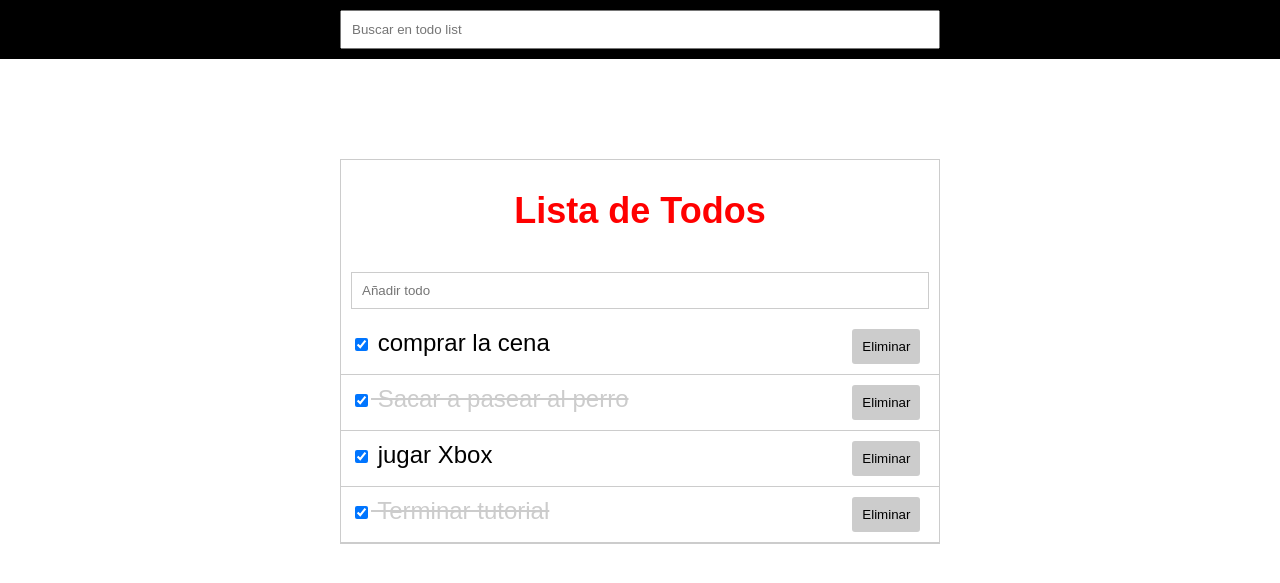
Repository: MauriVaz/Primer-app-con-Vue
Page: /
The author's editor kept a copy of each file at every save. The page is drawn from the files as they stood at one save, then again after the next save.
The browser window is 1280 px wide. The pictures show the whole page.
The project was rebuilt for these pictures with package versions that can differ from the ones it lists, and the page was loaded fresh each time. Also part of the build but not shown: vue.config.js.

Above is the page before, as saved 2022-12-28 22:02:27.

### public/index.html
<!DOCTYPE html>
<html lang="">
  <head>
    <meta charset="utf-8">
    <meta http-equiv="X-UA-Compatible" content="IE=edge">
    <meta name="viewport" content="width=device-width,initial-scale=1.0">
    <link rel="icon" href="<%= BASE_URL %>favicon.ico">
    <title><%= htmlWebpackPlugin.options.title %></title>
  </head>
  <body>
    <noscript>
      <strong>Por favor activa Javascript</strong>
    </noscript>
    <div id="app"></div>
    <!-- built files will be auto injected -->
  </body>
</html>

### src/App.vue
<template>
  <div>
    <div id="header">
      <Search v-on:query-change="querySearch" />
    </div>

    <div id="main-container">
      <h2>Lista de Todos</h2>
      <TodoAdd v-on:add-todo="addTodo"/>
      <Todos v-bind:todoslist="copyTodos" v-on:delete-todo="deleteTodo" />
    </div>
  </div>
</template>

<script>
//import HelloWorld from './components/HelloWorld.vue'
import Search from './components/Search';
import Todos from './components/Todos';
import TodoAdd from './components/TodoAdd';

export default {
  name: 'App',
  components: {
    Todos, TodoAdd, Search
  },
  methods: {
    deleteTodo(id){
      this.todos = this.todos.filter(todo => todo.id != id);
      this.copyTodos = [...this.todos];
    },
    addTodo(todo){
      this.todos.push(todo);
      this.copyTodos = [...this.todos];
    },
    querySearch(query){
      if(query.trim() === ''){
        this.copyTodos = [...this.todos];
      }else{
        const temp = this.todos.filter(todo =>{
          return todo.title.includes(query)
        });

        this.copyTodos = [...temp];
      }
    }
  },
  data(){
    return {
      todos: [
        {
          id: 0,
          title:  'comprar la cena',
          completed: false
        },
        {
         id: 1,
         title: 'Sacar a pasear al perro',
         completed: true
       },
       {
         id: 2,
         title: 'jugar Xbox',
         completed: false
       },
       {
         id: 3,
         title: 'Terminar tutorial',
         completed: true
       }
      ],
      copyTodos: []
    }
  },
  created(){
    this.copyTodos = [...this.todos];
  }
}
</script>

<style>
  *{
    box-sizing: border-box;
  }

  body{
    font-family: Arial, Helvetica, sans-serif;
    font-size: 1.5em;
    padding: 0;
    margin: 0;
  }

  #main-container{
    border: solid 1px #ccc;
    width: 600px;
    margin: 100px auto;
  }

  #header{
    background: black;
    padding: 10px;
  }

  h2{
    padding: 0 10px;
    text-align: center;
    color:red
  }
</style>

### src/components/Search.vue
<!-- eslint-disable vue/multi-word-component-names -->
<template>
    <div id="search-container">
        <input type="text" placeholder="Buscar en todo list" v-model="query" v-on:input="$emit('query-change', query)">
    </div>
</template>

<script>
export default {
    // eslint-disable-next-line vue/multi-word-component-names
    name: 'Search',
    data(){
        return {
            query: ''
        }
    }
}
</script>

<style scoped>
    #search-container{
        width: 600px;
        margin: 0 auto;
    }

    input{
        padding: 10px;
        width: 100%;
        outline: none;
    }
</style>

### src/components/Todos.vue
<template>
    <div>
        <div v-bind:key="todo.id" v-for="todo in todoslist">
            <TodoItem v-bind:todo="todo" v-on:delete-todo="$emit('delete-todo', todo.id)" />
        </div>
    </div>
</template>

<script>
import TodoItem from './TodoItem';

    export default {
        // eslint-disable-next-line vue/multi-word-component-names
        name: 'Todos',
        props: ['todoslist'],
        components:{TodoItem}
    }
</script>

<style>
</style>

### src/components/TodoAdd.vue
<template>
    <div id="add-container">
        <form @submit="addTodo">
            <input type="text" placeholder="Añadir todo" v-model="title">
        </form>
    </div>
</template>

<script>
import { uuid } from 'vue-uuid';

export default {
    name: 'TodoAdd',
    data(){
        return {
            title: ''
        }
    },
    methods:{
        addTodo(e){
            e.preventDefault();

            const newTodo = {
                id: uuid.v4(),
                title: this.title.charAt(0).toLocaleUpperCase()
                + this.title.toLocaleLowerCase().substring(1, this.title.length),
                completed: false
            };

            this.title = '';
            this.$emit('add-todo', newTodo);
        }
    }
}
</script>

<style scoped>
    #add-container{
        padding: 10px;
    }
    input{
        padding: 10px;
        outline: none;
        border: solid 1px #ccc;
        width: 100%;
    }
</style>

### src/components/TodoItem.vue
<template>
    <div class="todo" v-bind:class="{completed: todo.completed}">
        <div class="todo-body" >
            <input type="checkbox"
                v-bind:checked="todo.completed ? 'checked': ''"
                v-on:change="checkTodo">
            {{todo.title}}
        </div>

        <div class="todo-actions">
            <button @click="$emit('delete-todo', todo.id)">Eliminar</button>
        </div>
    </div>
</template>

<script>
    export default {
        name: 'TodoItem',
        props: ['todo'],
        methods: {
            checkTodo(){
                // eslint-disable-next-line vue/no-mutating-props
                this.todo.completed =! this.todo.completed;
            }
        }
    }
</script>

<style scoped>
    .todo{
        border-bottom: solid 1px #ccc;
        padding: 10px;
    }

    .todo:not(.completed):hover{
        background-color: #eee;
    }

    .completed{
        color: #ccc;
        text-decoration: line-through;
    }
    .completed .todo-body{
        text-decoration: line-through;
    }

    .todo-body, .todo-actions{
        display: inline-block;
        vertical-align: top;
    }

    .todo-body{
        width: 85%;
    }
    .todo-actions{
        padding: 0 10px;
        width: 10%;
    }

    button{
        border: none;
        border-radius: 3px;
        padding: 10px;
        background-color: #ccc;
        color: black;
    }
    button:hover{
        background-color: #da2020;
        color: white;
    }
</style>

Loaded but not shown: src/main.js (common file)

After the next save:
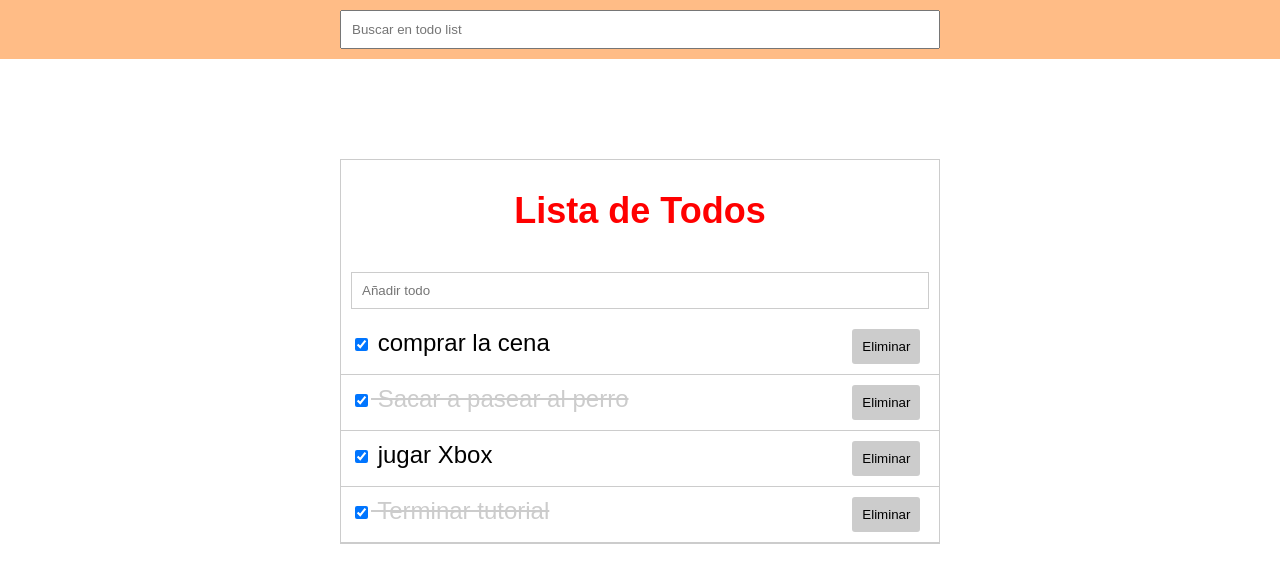
Saved 53 s later.
--- a/src/App.vue
+++ b/src/App.vue
@@ -96,7 +96,7 @@ export default {
   }
 
   #header{
-    background: black;
+    background: rgba(255, 123, 15, .5);
     padding: 10px;
   }
 
